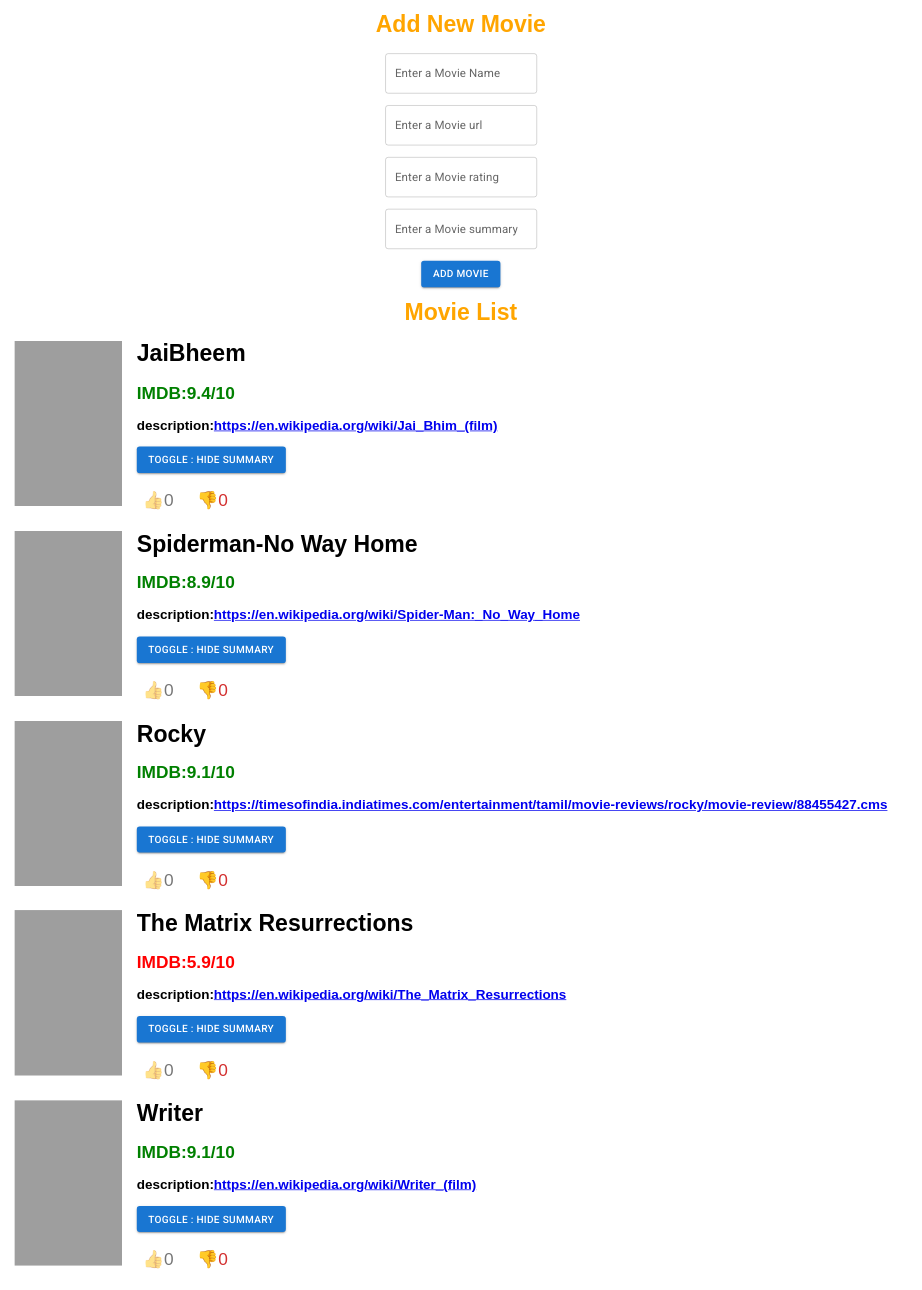
Repository: baladhinesh18/first-app
Page: /AddColor
An editor plug-in stored every save of this project. The page is shown before and after the next save, followed by the edit.
The browser window is 1280 px wide. The pictures show the whole page, at 72% of full size.
Pictures or frames that could not be fetched are drawn as grey boxes. The project was rebuilt for these pictures with package versions that can differ from the ones it lists, and the page was loaded fresh each time.

Above is the page before, as saved 2022-01-28 18:01:09.

After the next save:
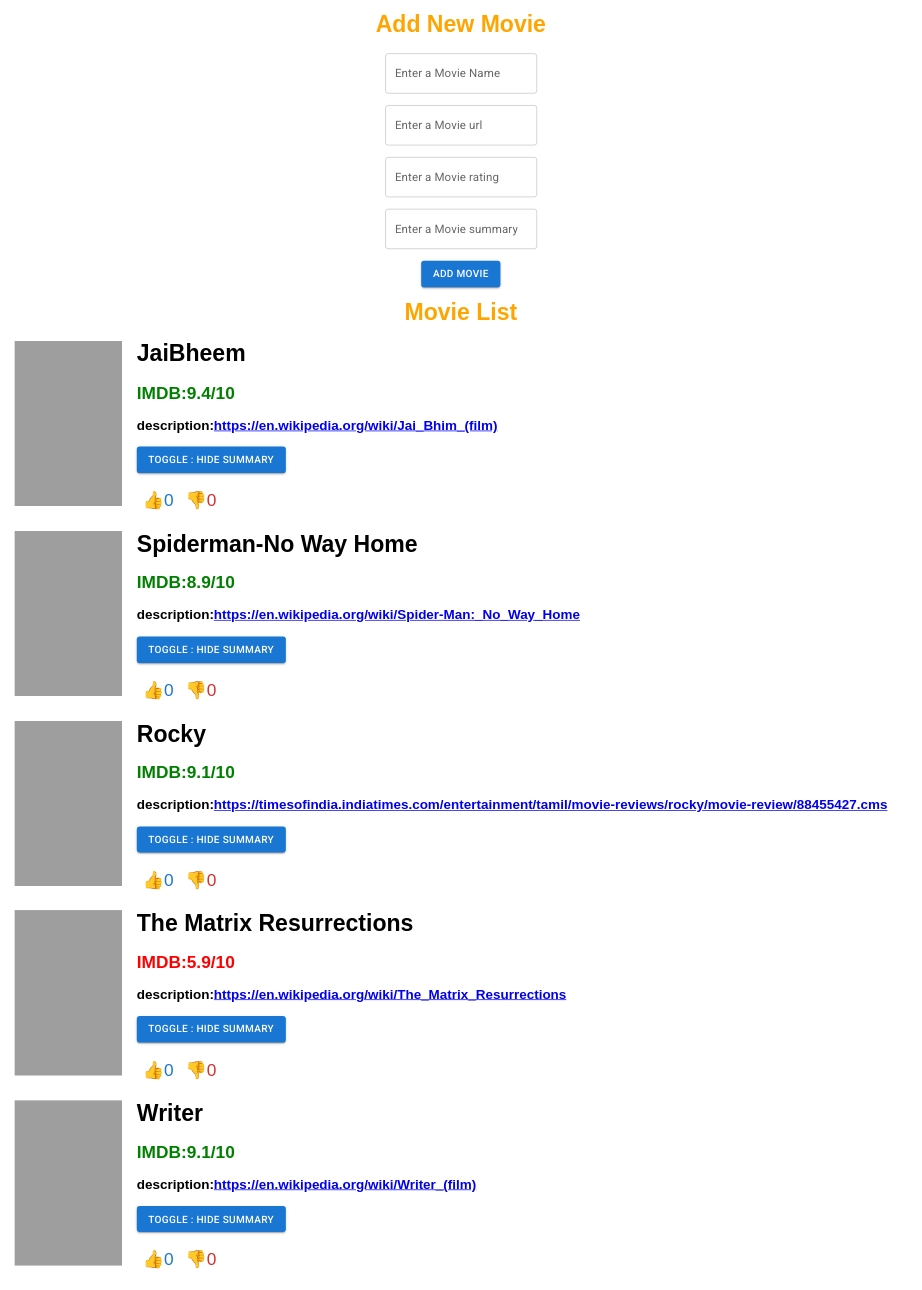
Saved 46 s later.
--- a/src/App.js
+++ b/src/App.js
@@ -76,10 +76,10 @@
 function Counter(){
 const [like,setLike]=useState(0);
 const[dislike,setDislike]=useState(0);
-const marr={margin:'0 1rem 0 0 ',color:"primary"}
+const marr={margin:'0 1rem 0 0 ',}
 return(
   <div className="vacls">
-  <IconButton onClick={()=>setLike(like+1)}    style={marr}>👍{like}</IconButton>
+  <IconButton onClick={()=>setLike(like+1)} color="primary"   >👍{like}</IconButton>
   <IconButton onClick={()=>setDislike(dislike+1)}   color="error">👎{dislike}</IconButton>
   {/* <h1>{like}</h1> */}
   </div>
